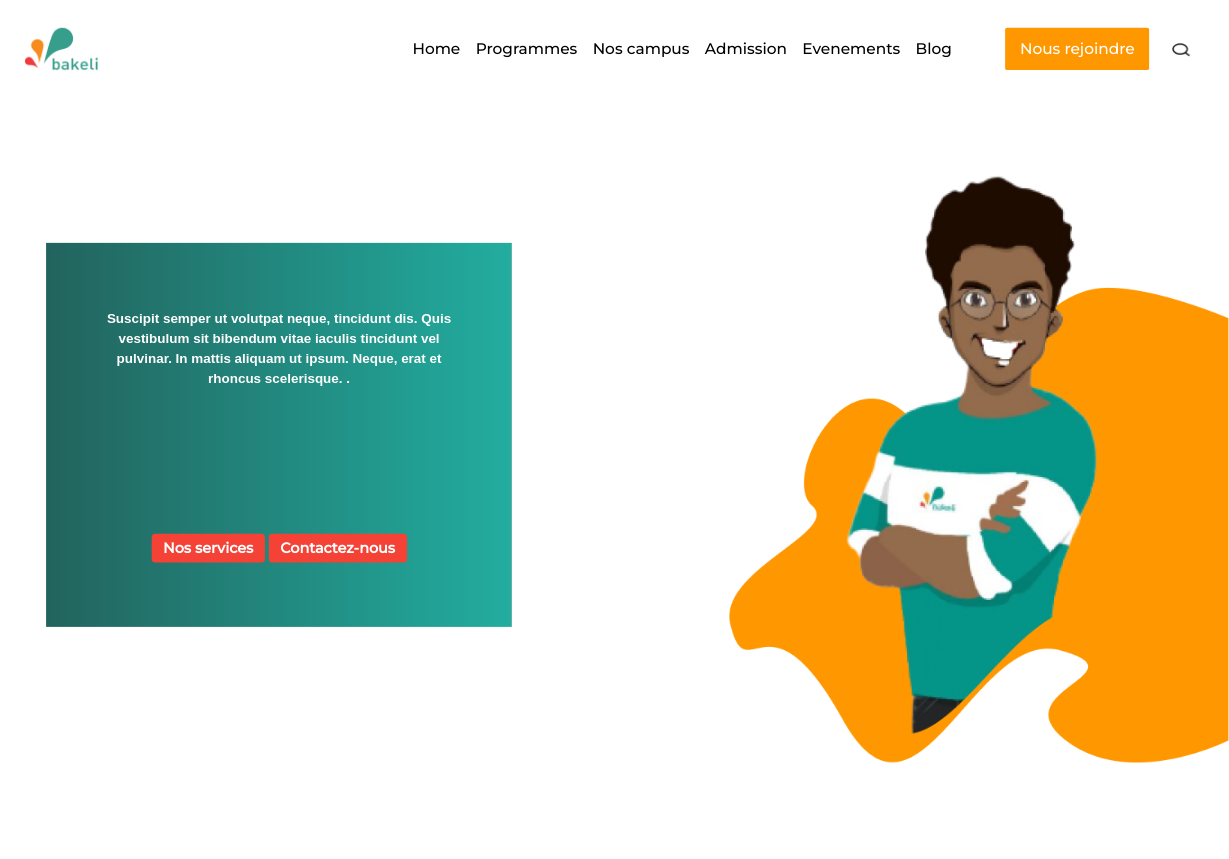
Repository: wadelfadill/tache_6_validation_prototype_bootstrap
Page: index.html
An editor plug-in stored every save of this project. The page is shown before and after the next save, followed by the edit.
The browser window is 1280 px wide. The pictures show the whole page, at 96% of full size.
Some web libraries are served in a nearby version.

Above is the page before, as saved 2023-04-24 13:11:44.

### index.html
<!DOCTYPE html>
<html lang="en">
<head>
    <meta charset="UTF-8">
    <meta http-equiv="X-UA-Compatible" content="IE=edge">
    <meta name="viewport" content="width=device-width, initial-scale=1.0">
    <!--------titre du site--------->
    <title>Document</title>

    <!-------link vers le site de bootstrap-->
    <link href="https://cdn.jsdelivr.net/npm/bootstrap@5.1.3/dist/css/bootstrap.min.css" rel="stylesheet" integrity="sha384-1BmE4kWBq78iYhFldvKuhfTAU6auU8tT94WrHftjDbrCEXSU1oBoqyl2QvZ6jIW3" crossorigin="anonymous">

    <!--------link vers le fichier css---------->
    <link rel="stylesheet" href="style.css">

    <!---------Google Fonts links------------>
    <link rel="preconnect" href="https://fonts.googleapis.com">
    <link rel="preconnect" href="https://fonts.gstatic.com" crossorigin>
    <link href="https://fonts.googleapis.com/css2?family=Manrope&family=Montserrat:wght@500&family=Poppins:wght@200&family=Roboto&display=swap" rel="stylesheet">
    <!------------ Google Font Awesome ----------->
    <script src="https://kit.fontawesome.com/8f130c8a35.js" crossorigin="anonymous"></script>
</head>
<body>

    <!-- ========== Start Header Section ========== -->
    <header id="header">
        <nav class="navbar navbar-expand-lg">
            <div class="container-fluid p-3">
              <a class="navbar-brand" href="#"><img src="image/logo.png" alt=""></a>
              <button class="navbar-toggler" type="button" data-bs-toggle="collapse" data-bs-target="#navbarNav" aria-controls="navbarNav" aria-expanded="false" aria-label="Toggle navigation">
                <i class="fa-solid fa-bars" style="color: #000000;"></i>
              </button>
              <div class="collapse navbar-collapse mt-4 mt-lg-0" id="navbarNav">
                <ul class="navbar-nav ms-auto">
                  <li class="nav-item">
                    <a class="nav-link active" aria-current="page" href="#">Home</a>
                  </li>
                  <li class="nav-item">
                    <a class="nav-link" href="#">Programmes</a>
                  </li>
                  <li class="nav-item">
                    <a class="nav-link" href="#">Nos campus</a>
                  </li>
                  <li class="nav-item">
                    <a class="nav-link" href="#">Admission</a>
                  </li>
                  <li class="nav-item">
                    <a class="nav-link" href="#">Evenements</a>
                  </li>
                  <li class="nav-item">
                    <a class="nav-link" href="">Blog</a>
                  </li>
                </ul>
                <button class="btn btn-primary ms-lg-5 mt-3 mt-lg-0">Nous rejoindre</button>
                <a href="#" class="me-lg-4 ms-lg-4 ms-1 d-block d-lg-inline mt-3 mt-lg-0"><img src="image/Groupsearch.png" alt=""></a>
              </div>
            </div>
          </nav>
    </header>
    <!-- ========== End Header Section ========== -->
    <!---------------------------------------------------->
    <!-- ========== Start Main Section ========== -->
    <main id="main">
        <!-- ========== Start Home Section ========== -->
        <section id="home">
            <div class="container-fluid pe-0">
                <div class="row align-items-center d-flex flex-column-reverse flex-md-row gy-4 gy-md-0 me-md-0">
                    <div class="col-12 col-md-5 ps-0 pe-0 ps-md-5">
                        <div class="container space-vert justify-content-between text-center d-flex justify-content-around flex-column w-100 w-md-auto">
                            <p>Suscipit semper ut volutpat neque, tincidunt dis.
                                Quis <br> vestibulum sit bibendum vitae iaculis tincidunt
                                 vel <br> pulvinar. In mattis aliquam ut ipsum.
                                 Neque, erat et <br> rhoncus scelerisque. .
                            </p>
                            <div class="d-grid gap-2 d-md-block d-block">
                                <button class="btn btn-primary" type="button">Nos services</button>
                                <button class="btn btn-primary" type="button">Contactez-nous</button>
                            </div>
                        </div>
                    </div>
                    <div class="col-12 col-md-5 offset-md-2 me-md-0 pe-0">
                        <div class="img">
                            <img src="image/Group 27.png" class="img-fluid w-100 h-100 profile"alt="">
                        </div>
                    </div>
                </div>
            </div>
        </section>
        <!-- ========== End Home Section ========== -->

        <!-- ========== Start Formation Section ========== -->
        <section id="formations">

        </section>
        <!-- ========== End Formation Section ========== -->

        <!-- ========== Start Cours Section ========== -->
        <section id="cours">

        </section>
        <!-- ========== End Cours Section ========== -->

        <!-- ========== Start diplomes Section ========== -->
        <section id="diplomes">

        </section>
        <!-- ========== End diplomes Section ========== -->

        <!-- ========== Start coach Section ========== -->
        <section id="coach">

        </section>
        <!-- ========== End coach Section ========== -->

        <!-- ========== Start activites Section ========== -->
        <section id="activites">

        </section>
        <!-- ========== End activites Section ========== -->

        <!-- ========== Start partenaires Section ========== -->
        <section id="partenaires">

        </section>
        <!-- ========== End partenaires Section ========== -->

    </main>
    <!-- ========== End Main Section ========== -->
    <!----------------------------------------------------->
    <!-- ========== Start Footer Section ========== -->
    <footer id="footer">

    </footer>
    <!-- ========== End Footer Section ========== -->
    <!------------------------------------------------------->
    <!----------- bootstrap script ------------->
    <script src="https://cdn.jsdelivr.net/npm/bootstrap@5.1.3/dist/js/bootstrap.bundle.min.js" integrity="sha384-ka7Sk0Gln4gmtz2MlQnikT1wXgYsOg+OMhuP+IlRH9sENBO0LRn5q+8nbTov4+1p" crossorigin="anonymous"></script>
</body>
</html>

### style.css
/* ===== variables css ======= */
:root{
    --bg-white:#FFFFFF;
    --bg-orange:#FF9800;
    --bg-green:#009688;
    --bg-linear-green: linear-gradient(90deg, rgba(13, 66, 61, 0.9) -22.84%, rgba(12, 199, 181, 0.9) 138.88%),linear-gradient(0deg, #E6E6E6, #E6E6E6);
    --bg-second-orange:#F44336;
    --bg-gray:rgba(238, 249, 248, 0.9);

}

/*======== General ============*/
*{
    padding: 0;
    margin: 0;
}
body{
    padding: 0;
    margin: 0;
    background: var(--bg-white);
}

/*============= navbar ================*/
nav{
    font-family: 'Montserrat';
    font-weight: 400;
    color: black;
    background: var(--bg-white);
    padding-left: 10px;
}
nav .navbar-brand img{
    width: 76px;
    height: 43.78px;
}
nav a.nav-link{
    color: black;
    padding-left: 10px;
    padding-right: 10px;
}
nav a.nav-link:hover, nav a.nav-link:focus{
    color: black;
}
nav .btn-primary, nav .btn-primary:hover, nav .btn-primary:focus{
    background: var(--bg-orange);
    color: var(--bg-white);
    border: none;
    box-shadow: none;
}
nav #navbarNav button{
    padding: 10px;
    padding-left: 15px;
    padding-right: 15px;
    border-radius: 2px;
}
nav button i{
    font-size: 40px;
}
nav .navbar-toggler:focus{
    box-shadow: none;
    border: none;
}

/* =========== home section =========== */
#home{
    margin-top: 10px;
    margin-bottom: 100px;
}
.space-vert{
    width: 100%;
    height: 400px;
    background: var(--bg-linear-green);
}
.space-vert p{
    font-family: 'arial';
    font-weight: 700;
    font-size: 14px;
    line-height: 21px;
    color: var(--bg-white);
}
.space-vert .btn-primary, .space-vert .btn-primary:hover, .space-vert .btn-primary:focus{
    font-family: 'Montserrat';
    background: var(--bg-second-orange);
    color: var(--bg-white);
    border: none;
    box-shadow: none;
    font-weight: 700;
    font-size: 15px;
    line-height: 18px;
}
.profile{
    background-image: url("image/Vectors.png");
    background-repeat: no-repeat;
    background-position:right bottom;
    background-size: contain;
    float: end;
}
.img{
    width: 100%;
    height: 682.83px;
}

After the next save:
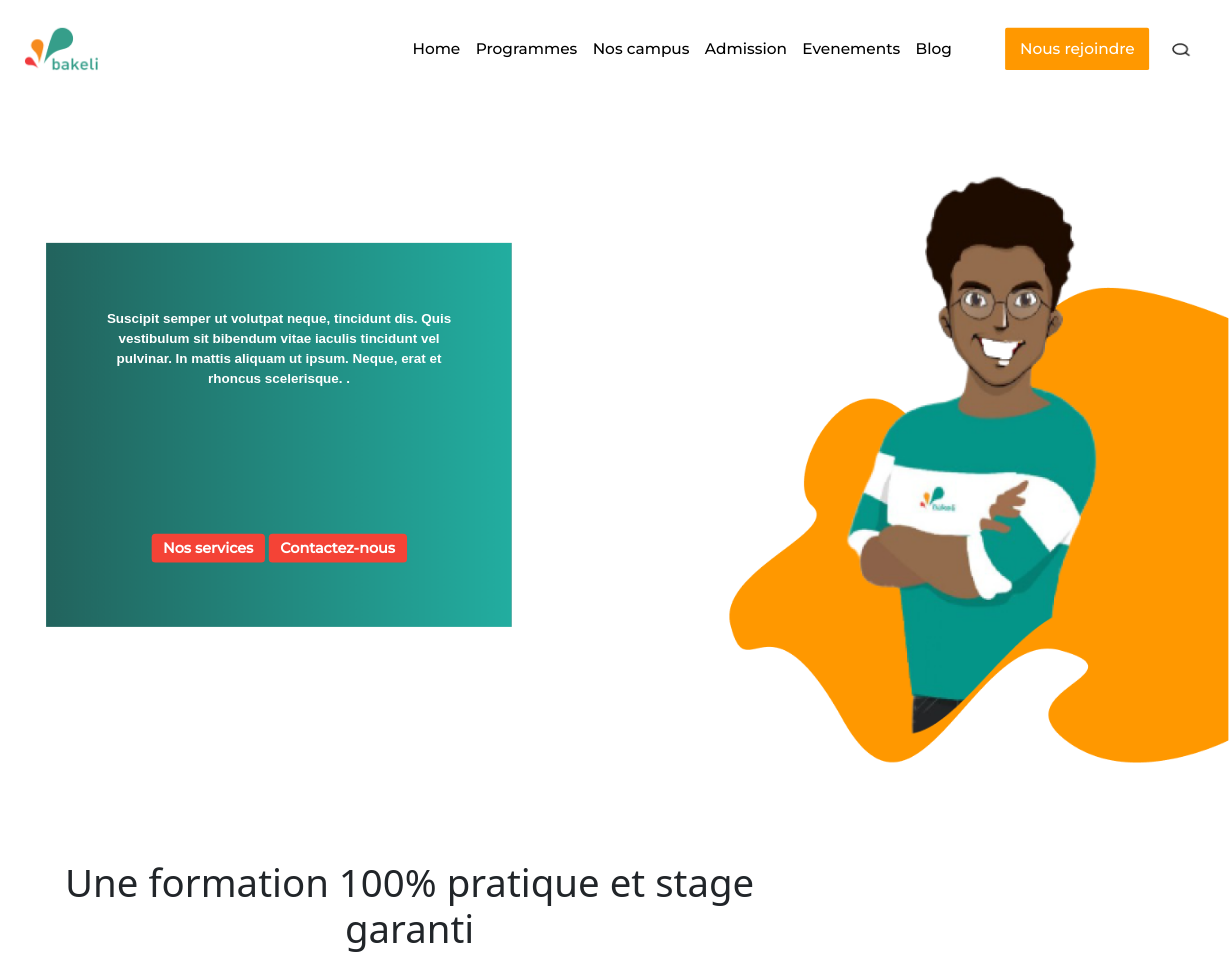
Saved 3 min 32 s later.
--- a/index.html
+++ b/index.html
@@ -90,7 +90,15 @@
 
         <!-- ========== Start Formation Section ========== -->
         <section id="formations">
+            <div class="container-fluid">
+                <div class="row">
+                    <div class="col-md-8 text-center">
+                        <h1>Une formation 100% pratique et stage garanti</h1>
 
+                    </div>
+                    <div class="col-md-4"></div>
+                </div>
+            </div>
         </section>
         <!-- ========== End Formation Section ========== -->
 
